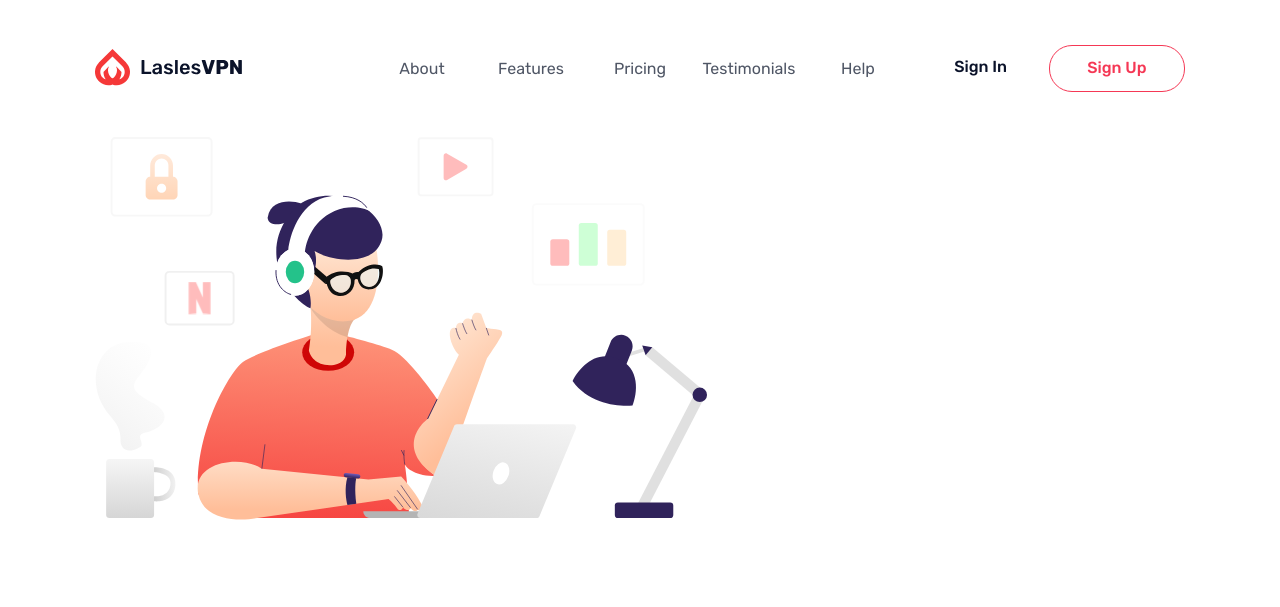
Repository: pixendrit/beetroot-fe-g1
Page: classwork/15 - CSS GRID layout/vpn-grid/index.html
These files come from the project's save history. The page is drawn as it stood at one moment and after the next save; the edit follows.
The browser window is 1280 px wide. The pictures show the whole page.

Above is the page before, as saved 2021-02-15 18:27:52.

After the next save:
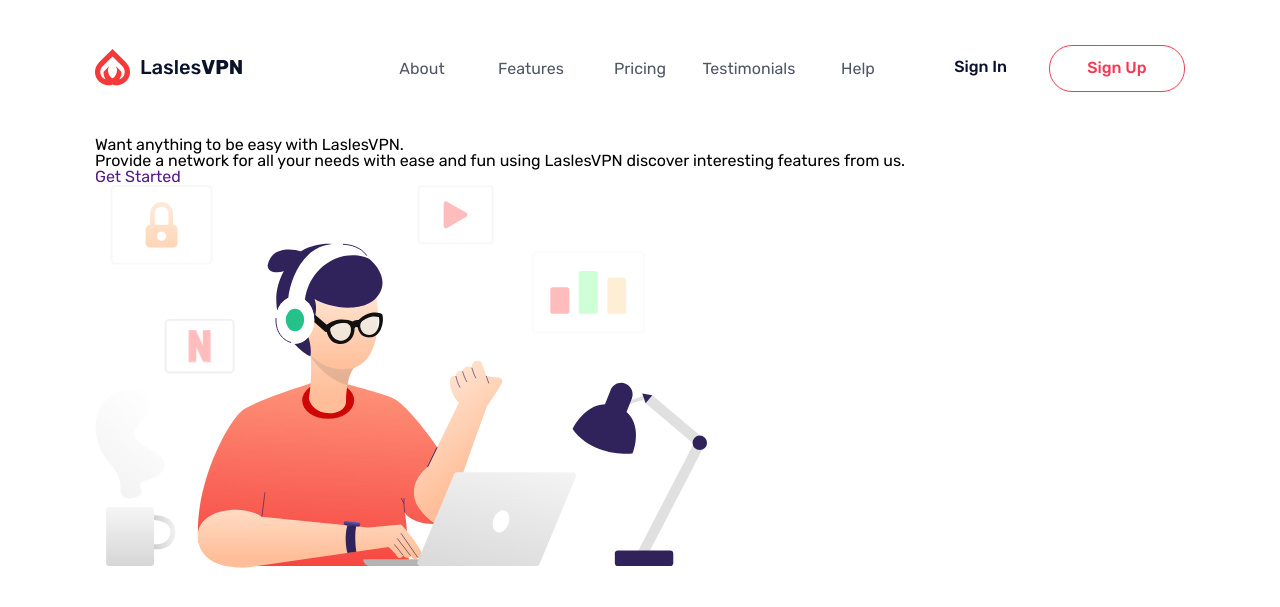
Saved 71 s later.
--- a/classwork/15 - CSS GRID layout/vpn-grid/index.html
+++ b/classwork/15 - CSS GRID layout/vpn-grid/index.html
@@ -37,7 +37,11 @@
     <section class="hero">
       <div class="container">
         <div class="grid-container">
-          <div class="hero__text"></div>
+          <div class="hero__text">
+            <h1>Want anything to be easy with LaslesVPN.</h1>
+            <p>Provide a network for all your needs with ease and fun using LaslesVPN discover interesting features from us.</p>
+            <a href="" class="btn btn--big">Get Started</a>
+          </div>
           <div class="hero__illustration">
             <svg width="612" height="383" viewBox="0 0 612 383" fill="none" xmlns="http://www.w3.org/2000/svg" xmlns:xlink="http://www.w3.org/1999/xlink">
               <path
